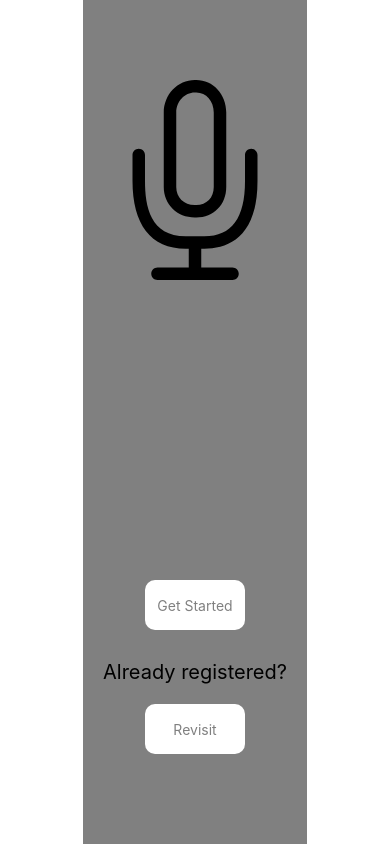
Repository: mortiestmorty1/recordings-app
Screen: / (app in frontend/)
These files come from the project's save history. The screen is drawn as it stood at one moment and after the next save; the edit follows.
The app was drawn by React Native's web renderer in a window 390 px wide. The project was rebuilt for these pictures with package versions that can differ from the ones it lists, and the page was loaded fresh each time. Also part of the build but not shown: frontend/components/registerUser.js.

Above is the screen before, as saved 2024-03-07 22:49:11.

### frontend/App.js
import { StatusBar } from 'expo-status-bar';
import { StyleSheet, View } from 'react-native';
import RegisterUser from './components/registerUser.js';
import React from 'react';
import FirstScreen from './components/firstscreen.js';

export default function App() {
  const handleRegistrationSuccess = (userData) => {
    console.log('User registered:', userData);
  };

  return (
    <View style={styles.container}>
      <FirstScreen />
      {/* <RegisterUser onSubmit={handleRegistrationSuccess} /> */}
      <StatusBar style="auto" />
    </View>
  );
}

const styles = StyleSheet.create({
  container: {
    flex: 1,
    backgroundColor: '#fff',
    alignItems: 'center',
    justifyContent: 'center',
  },
});

### frontend/components/firstscreen.js
import React from 'react';
import { View, Text, StyleSheet, TouchableOpacity } from 'react-native';
import { Svg, Path } from 'react-native-svg';

const FirstScreen = () => {
  return (
    <View style={styles.container}>
      <Svg style={styles.logo} fill="#000000" width="200" height="200" viewBox="0 0 1024 1024">
        <Path d="M510.88 704h7.6C607.44 704 672 638.4 672 548.032V166.624C672 73.184 604.56 0 518.466 0h-7.584C423.264 0 352 74.752 352 166.624v381.408C352 636.944 420.304 704 510.88 704zM416 166.624C416 110.032 458.56 64 510.88 64h7.6C569.504 64 608 108.128 608 166.624v381.408C608 603.024 572.032 640 518.464 640h-7.584c-55.872 0-94.88-37.808-94.88-91.968zM800 352c-17.68 0-32 14.336-32 32v133.072c0 190.4-67.968 282.929-207.744 282.929H465.12c-182.8 0-209.12-153.84-209.12-282.928V384.001c0-17.664-14.336-32-32-32s-32 14.336-32 32v133.072c0 220.496 91.888 346.928 273.12 346.928H480v96H320c-17.664 0-32 14.336-32 32s14.336 32 32 32h384c17.664 0 32-14.336 32-32s-14.336-32-32-32H544v-96h16.256C684.224 864.001 832 803.809 832 517.072V384c0-17.664-14.32-32-32-32z" />
      </Svg>
      <View style={styles.content}>
        <TouchableOpacity style={styles.btn1} onPress={() => console.log("Get Started pressed")}>
          <Text style={styles.btnText}>Get Started</Text>
        </TouchableOpacity>
        <Text style={styles.text}>Already registered?</Text>
        <TouchableOpacity style={styles.btn1} onPress={() => console.log("Revisit pressed")}>
          <Text style={styles.btnText}>Revisit</Text>
        </TouchableOpacity>
      </View>
    </View>
  );
};

const styles = StyleSheet.create({
  container: {
    flex: 1,
    justifyContent: 'center',
    alignItems: 'center',
    backgroundColor: 'grey',
  },
  logo: {
    width: 200,
    height: 200,
    marginBottom: 50, // Changed from bottom to marginBottom for better layout control
  },
  text: {
    fontSize: 20,
    margin: 20,
  },
  content: {
    justifyContent: 'center',
    alignItems: 'center',
    marginTop: 250, // Changed from top to marginTop for better layout control
  },
  btn1: {
    width: 100,
    height: 50,
    backgroundColor: 'white',
    borderRadius: 10,
    justifyContent: 'center',
    alignItems: 'center',
    marginBottom: 10, // Add space between buttons
  },
  btnText: {
    color: 'grey', // Style for the text inside TouchableOpacity
  },
});

export default FirstScreen;

After the next save:
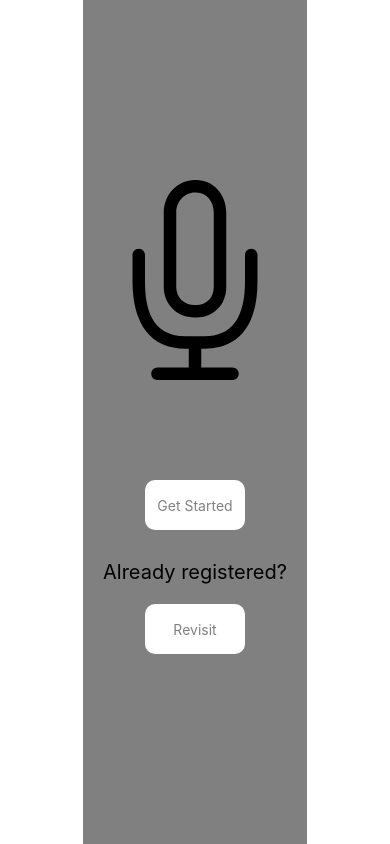
Saved 53 s later.
--- a/frontend/components/firstscreen.js
+++ b/frontend/components/firstscreen.js
@@ -40,7 +40,7 @@
   content: {
     justifyContent: 'center',
     alignItems: 'center',
-    marginTop: 250, // Changed from top to marginTop for better layout control
+    marginTop: 50, // Changed from top to marginTop for better layout control
   },
   btn1: {
     width: 100,

After the save that followed:
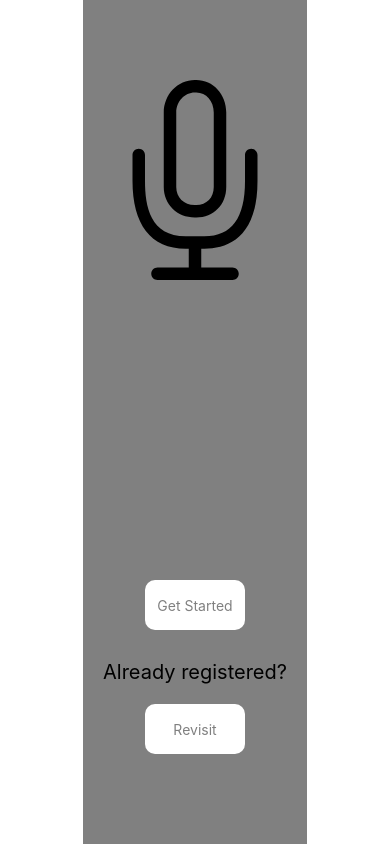
Saved 5 s later.
--- a/frontend/components/firstscreen.js
+++ b/frontend/components/firstscreen.js
@@ -40,7 +40,7 @@
   content: {
     justifyContent: 'center',
     alignItems: 'center',
-    marginTop: 50, // Changed from top to marginTop for better layout control
+    marginTop: 250, // Changed from top to marginTop for better layout control
   },
   btn1: {
     width: 100,
